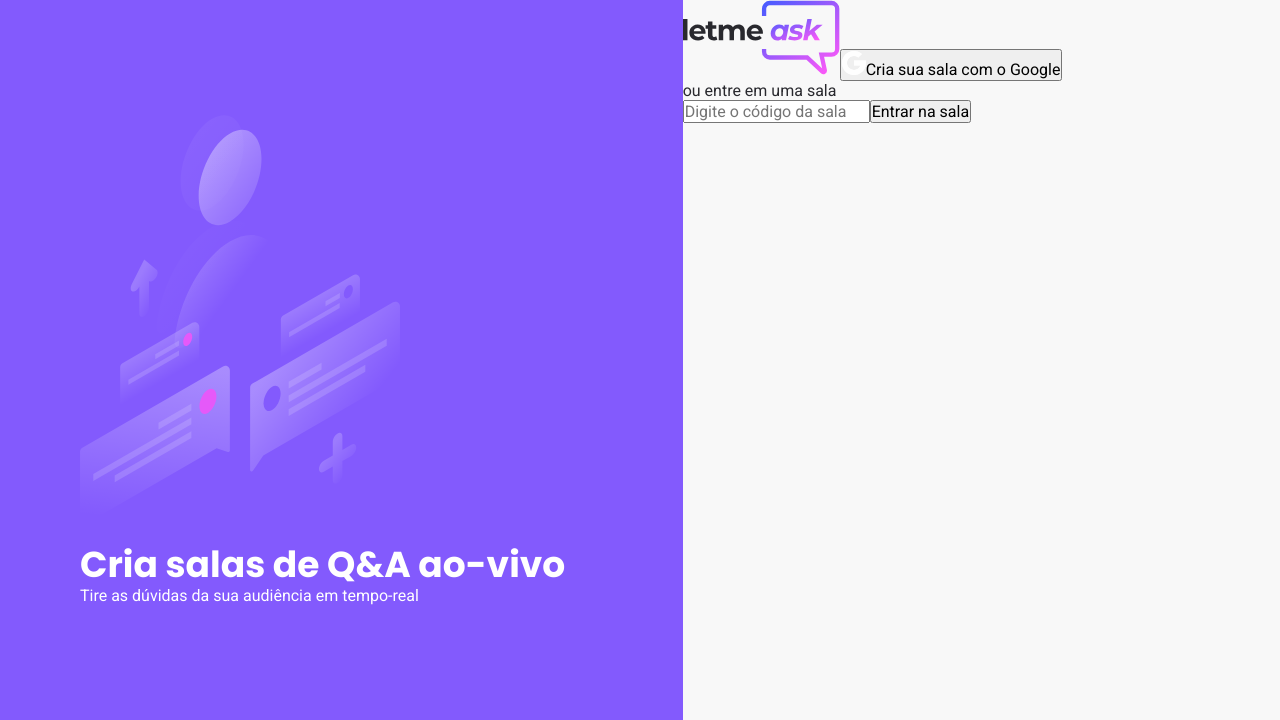
Repository: vagnereix/nlw-06-letmeask
Page: /rooms/new
An editor plug-in stored every save of this project. The page is shown before and after the next save, followed by the edit.
The browser window is 1280 px wide. The pictures show the whole page.
The project was rebuilt for these pictures with package versions that can differ from the ones it lists, and the page was loaded fresh each time.

Above is the page before, as saved 2021-06-22 00:20:21.

After the next save:
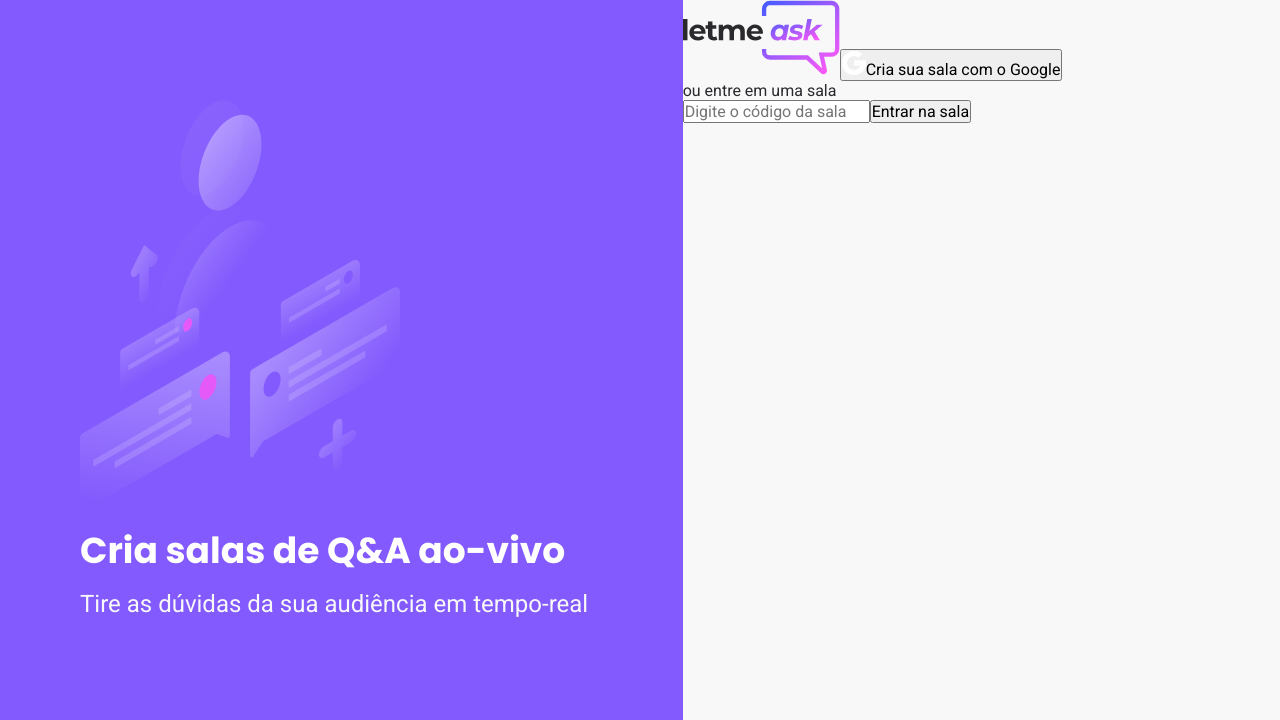
Saved 76 s later.
--- a/src/styles/auth.scss
+++ b/src/styles/auth.scss
@@ -24,6 +24,13 @@
             line-height: 42px;
             margin-top: 16px;
         }
+
+        p {
+            font-size: 24px;
+            line-height: 32px;
+            margin-top: 16px;
+            color: #f8f8f8
+        }
     }
 
     main {
